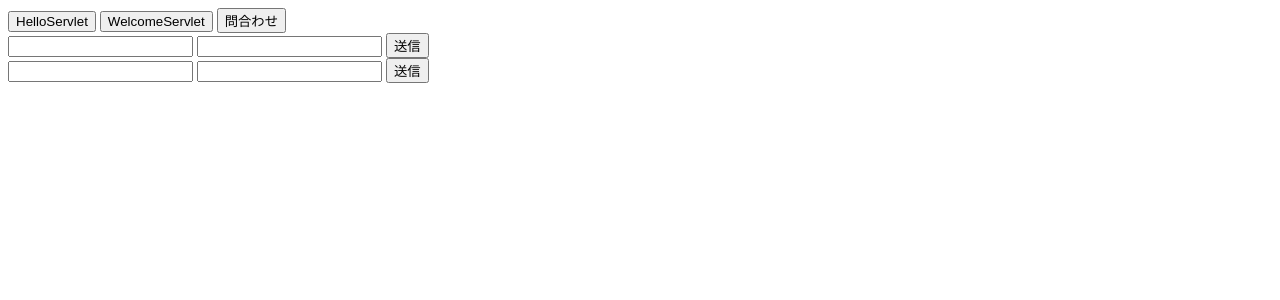
Repository: user10112018/test
Page: http://localhost/HelloServlet/
The author's editor kept a copy of each file at every save. The page is drawn from the files as they stood at one save, then again after the next save.
The browser window is 1280 px wide. The pictures show the whole page.
The page is served by Tomcat 9.

Above is the page before, as saved 2018-10-16 02:17:01.

After the next save:
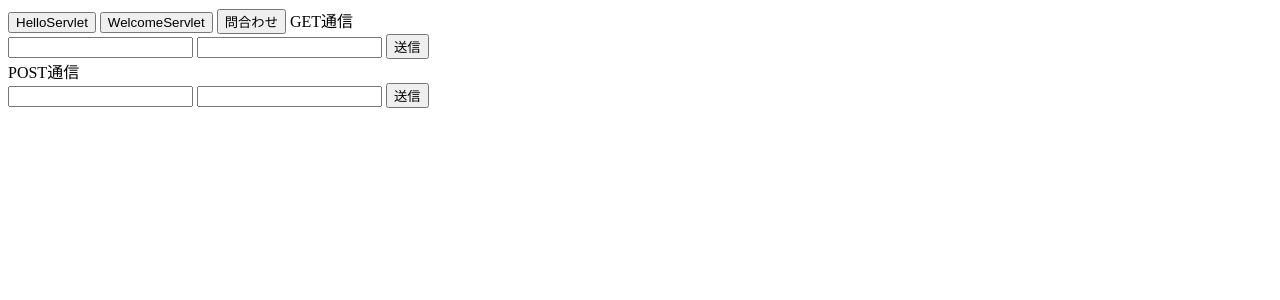
Saved 101 s later.
--- a/HelloServlet/WebContent/index.jsp
+++ b/HelloServlet/WebContent/index.jsp
@@ -20,6 +20,7 @@
 
 <!-- P.14~ -->
 <!-- GET通信~ -->
+GET通信
 <form method="get" action="TestServlet">
 <input type="text" name="username">
 <input type="password" name="password">
@@ -27,6 +28,7 @@
 </form>
 
 <!-- POST通信 -->
+POST通信
 <form method="post" action="TestServlet">
 <input type="text" name="username">
 <input type="password" name="password">
